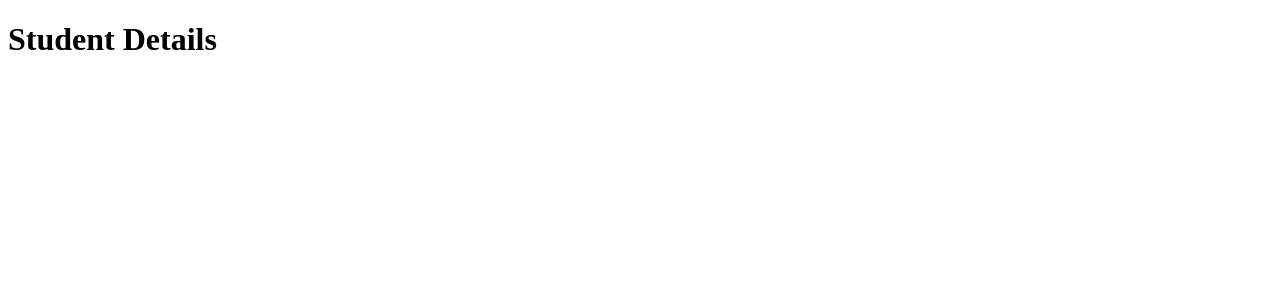
Repository: samirbaniya/javaclass
Page: http://localhost/StudentWebAppp/student_details.jsp
The author's editor kept a copy of each file at every save. The page is drawn from the files as they stood at one save, then again after the next save.
The browser window is 1280 px wide. The pictures show the whole page.
The page is served by Tomcat 9.

Above is the page before, as saved 2024-11-18 15:56:03.

After the next save:
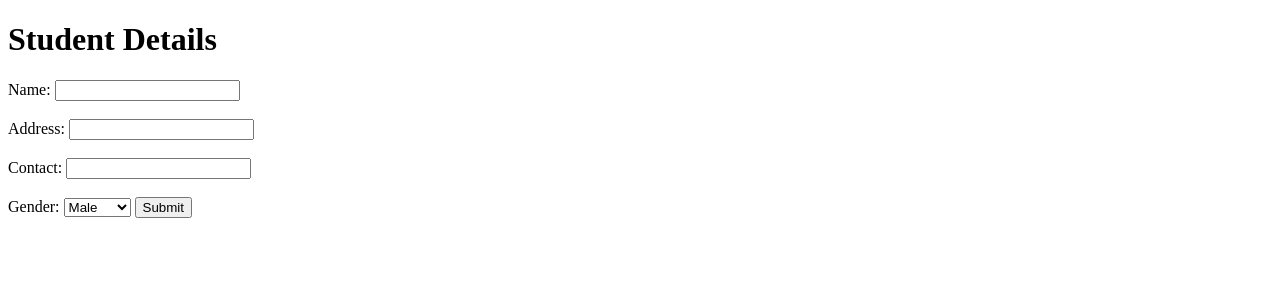
Saved 38 s later.
--- a/StudentWebAppp/src/main/webapp/student_details.jsp
+++ b/StudentWebAppp/src/main/webapp/student_details.jsp
@@ -8,5 +8,20 @@
 </head>
 <body>
 <h1>Student Details</h1>
+<form action="StudentController" method="post">
+<label for="name">Name:</label>
+<input type="text" name="name"> <br/> <br/>
+<label for="address">Address:</label>
+<input type="text" name="address"> <br/> <br/>
+<label for="contact">Contact:</label>
+<input type="text" name="contact"> <br/> <br/>
+<label>Gender: </label>
+<select name="gender">
+<option value="male">Male</option>
+<option value="female">Female</option>
+<option value="others">Others</option>
+</select>
+<input type="submit">
+</form>
 </body>
 </html>

After the save that followed:
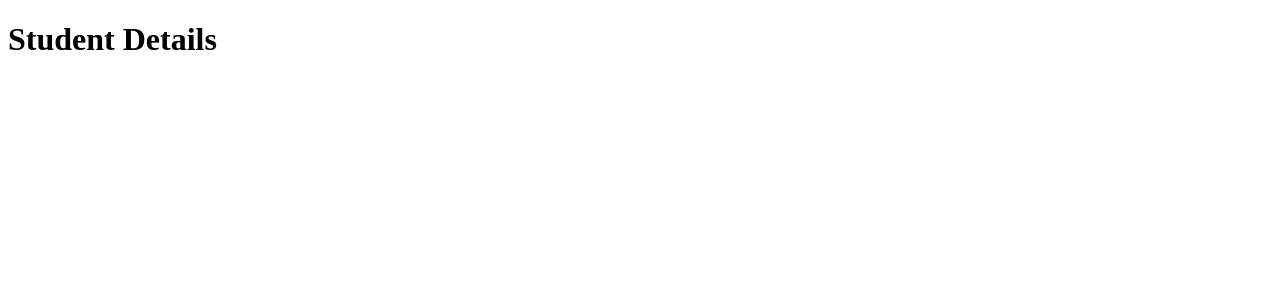
Saved 11 min 19 s later.
--- a/StudentWebAppp/src/main/webapp/student_details.jsp
+++ b/StudentWebAppp/src/main/webapp/student_details.jsp
@@ -8,20 +8,6 @@
 </head>
 <body>
 <h1>Student Details</h1>
-<form action="StudentController" method="post">
-<label for="name">Name:</label>
-<input type="text" name="name"> <br/> <br/>
-<label for="address">Address:</label>
-<input type="text" name="address"> <br/> <br/>
-<label for="contact">Contact:</label>
-<input type="text" name="contact"> <br/> <br/>
-<label>Gender: </label>
-<select name="gender">
-<option value="male">Male</option>
-<option value="female">Female</option>
-<option value="others">Others</option>
-</select>
-<input type="submit">
-</form>
+
 </body>
 </html>
